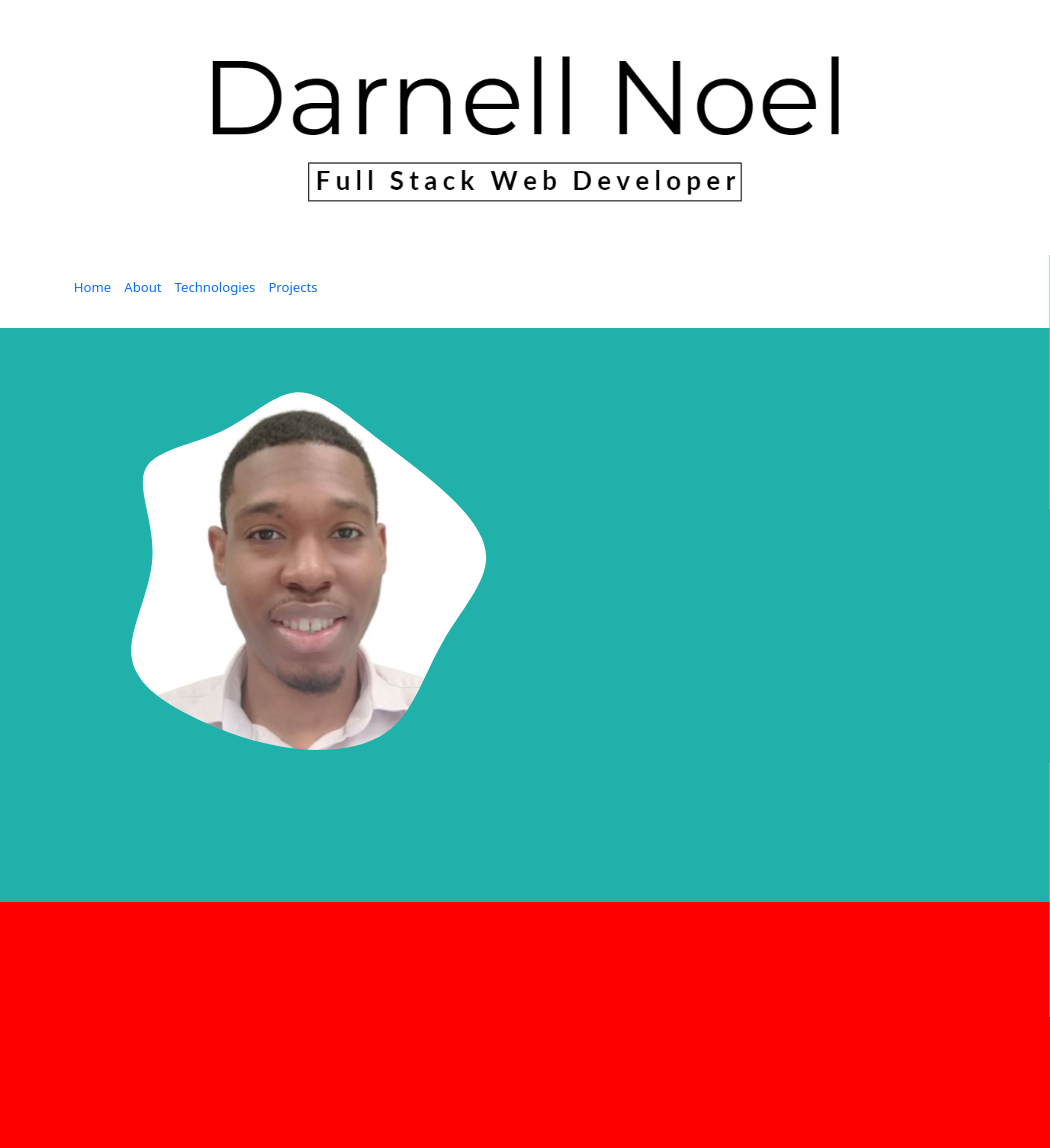
Repository: DNoel26/My_Dev_Portfolio
Page: index.html
An editor plug-in stored every save of this project. The page is shown before and after the next save, followed by the edit.
The browser window is 1280 px wide. The pictures show the whole page, at 82% of full size.

Above is the page before, as saved 2021-01-28 19:02:25.

After the next save:
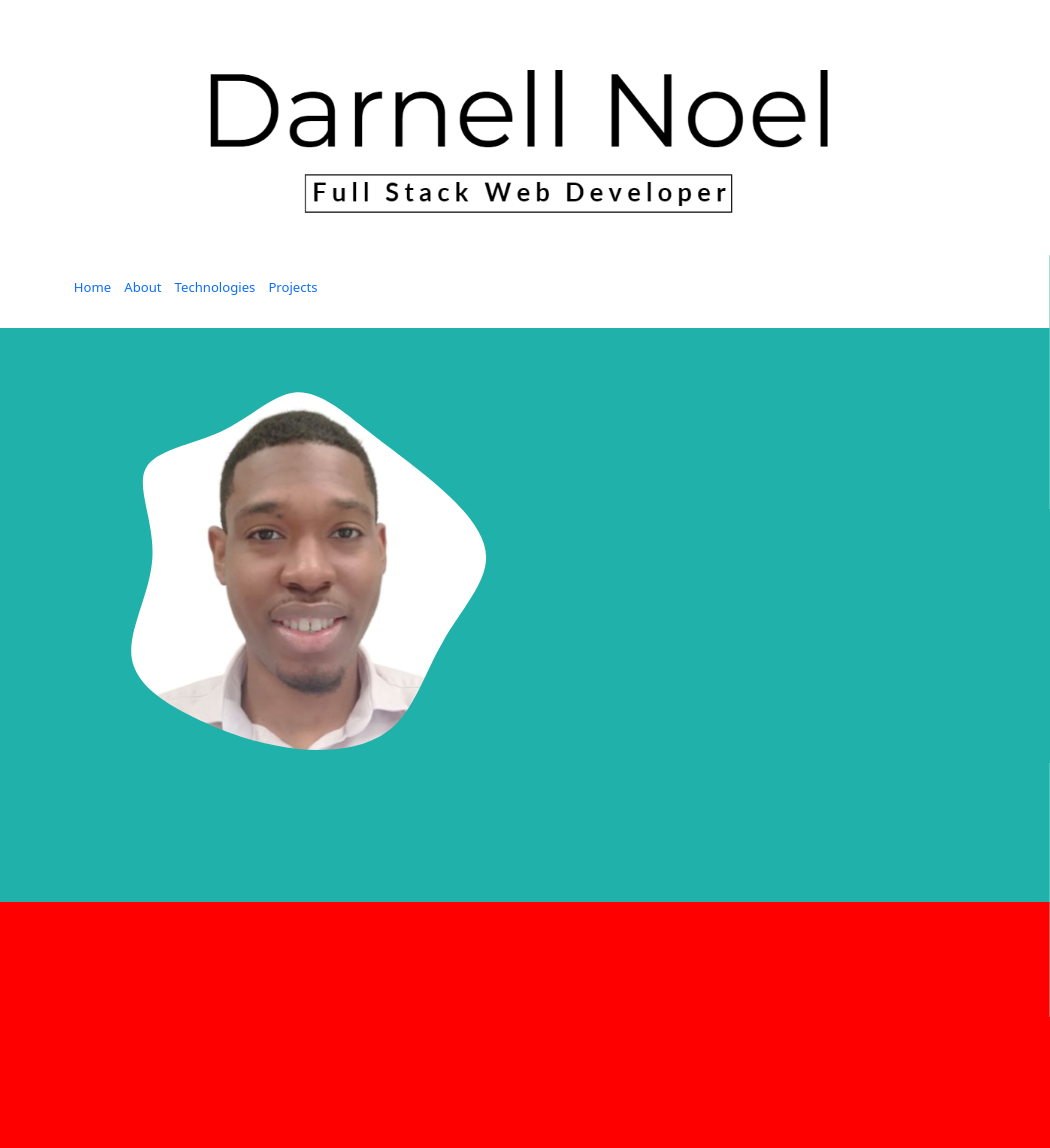
Saved 10 s later.
--- a/css/style.css
+++ b/css/style.css
@@ -20,7 +20,7 @@ footer {
     padding-top: 50px;
 }
 
-.logo-img {
+.logo-img, .logo-link {
     display: block;
 }
 
